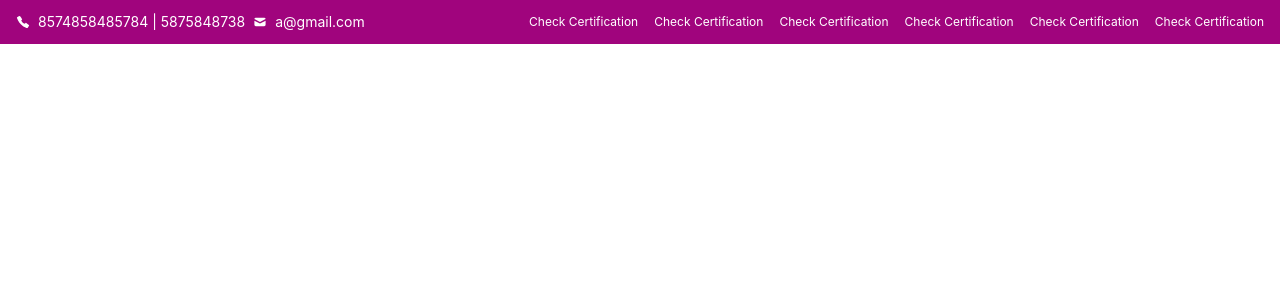
Repository: Sushant203/react-training-
Page: /
The author's editor kept a copy of each file at every save. The page is drawn from the files as they stood at one save, then again after the next save.
The browser window is 1280 px wide. The pictures show the whole page.
The project was rebuilt for these pictures with package versions that can differ from the ones it lists, and the page was loaded fresh each time. Also part of the build but not shown: src/App.css, src/components/LowerNav.jsx, src/components/UpperNav.jsx.

Above is the page before, as saved 2022-12-19 09:38:11.

After the next save:
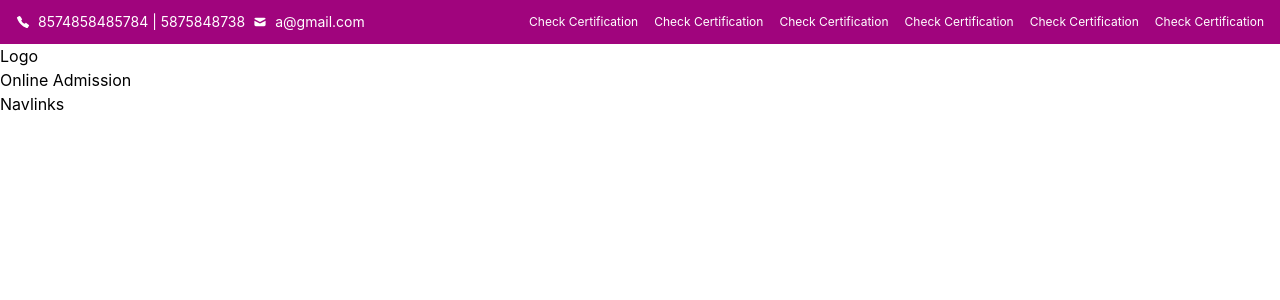
Saved 44 s later.
--- a/src/components/Naviagtion/Toolbar/Secondary.jsx
+++ b/src/components/Naviagtion/Toolbar/Secondary.jsx
@@ -1,7 +1,13 @@
 import React from "react";
 
 function Secondary() {
-  return <div></div>;
+  return (
+    <div>
+      <div>Logo</div>
+      <div>Online Admission</div>
+      <div>Navlinks</div>
+    </div>
+  );
 }
 
 export default Secondary;
